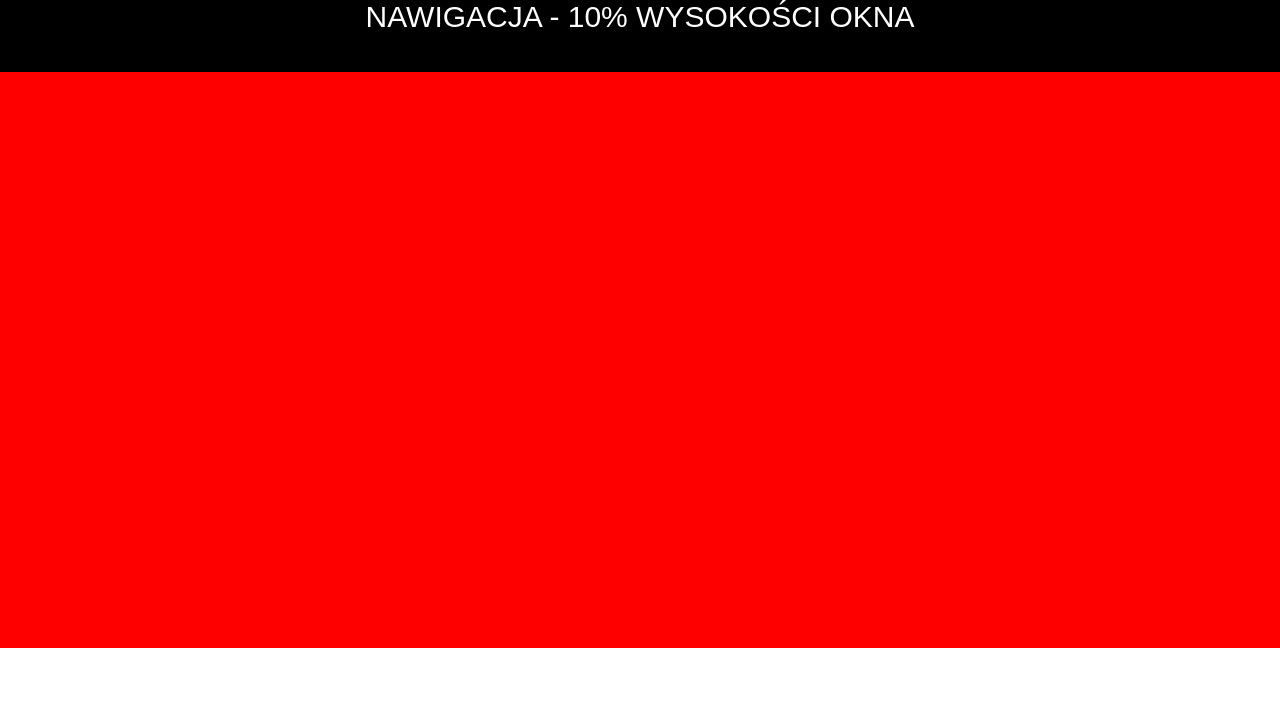
Repository: jasonj2333/advance_CSS
Page: 01-Header, Nav/start.html
These files come from the project's save history. The page is drawn as it stood at one moment and after the next save; the edit follows.
The browser window is 1280 px wide. The pictures show the whole page.

Above is the page before, as saved 2019-04-23 18:30:37.

### 01-Header, Nav/start.html
<!DOCTYPE html>
<html lang="pl">

<head>
    <meta charset="UTF-8">
    <title>Najeżdzanie na header, nav przypięty</title>
    <style>
        * {
            margin: 0;
            padding: 0;
            box-sizing: border-box;
        }

        html {
            text-align: center;
            color: white;
            font-size: 30px;
            text-transform: uppercase;
            font-family: arial;

        }

        nav {
            background-color: #000;
            height: 10vh;
            width: 100%;
            position: fixed;
        }

        header {
            background-color: rgb(255, 0, 0);
            height: 90vh;
        }
    </style>
</head>

<body>
    <nav>
        Nawigacja - 10% wysokości okna
    </nav>
    <header>
        Header - 90% wysokości okna
    </header>
    <main>
        Główna zawartość - 100% wysokości okna
    </main>
</body>

</html>

After the next save:
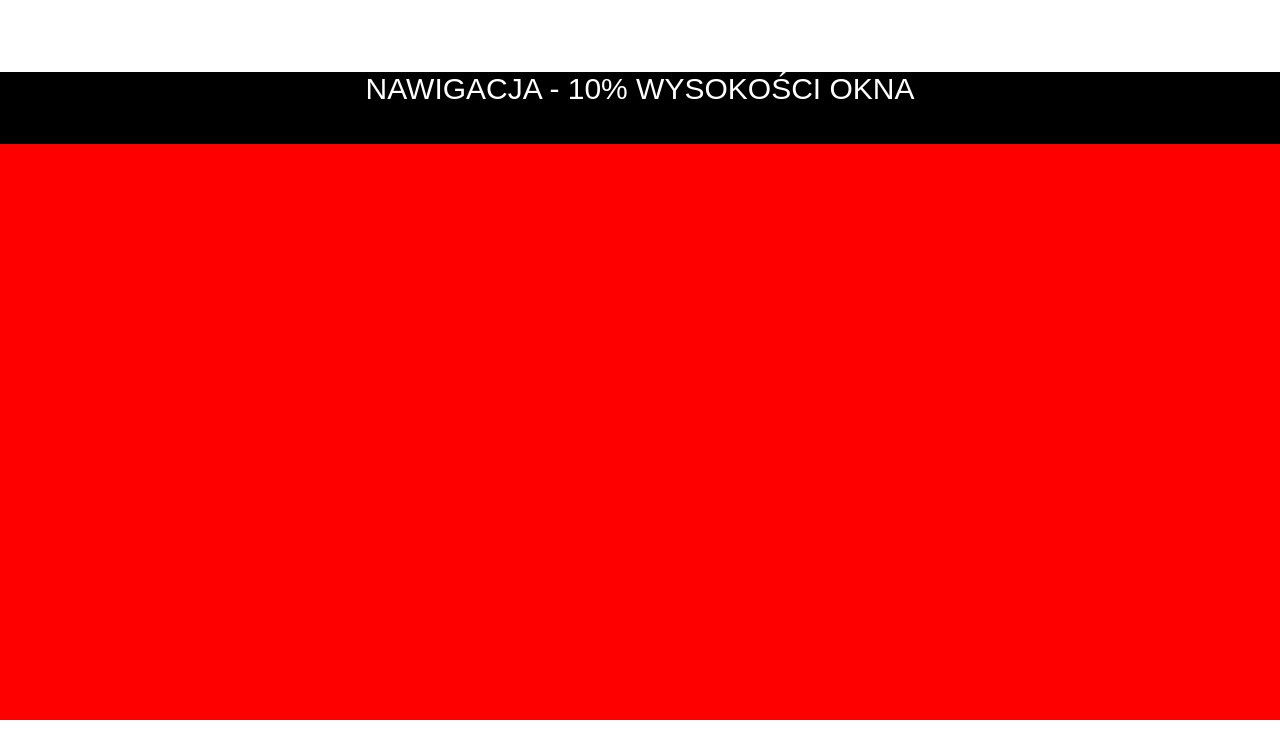
Saved 14 s later.
--- a/01-Header, Nav/start.html
+++ b/01-Header, Nav/start.html
@@ -29,6 +29,7 @@
 
         header {
             background-color: rgb(255, 0, 0);
+            margin-top: 10vh;
             height: 90vh;
         }
     </style>

After the save that followed:
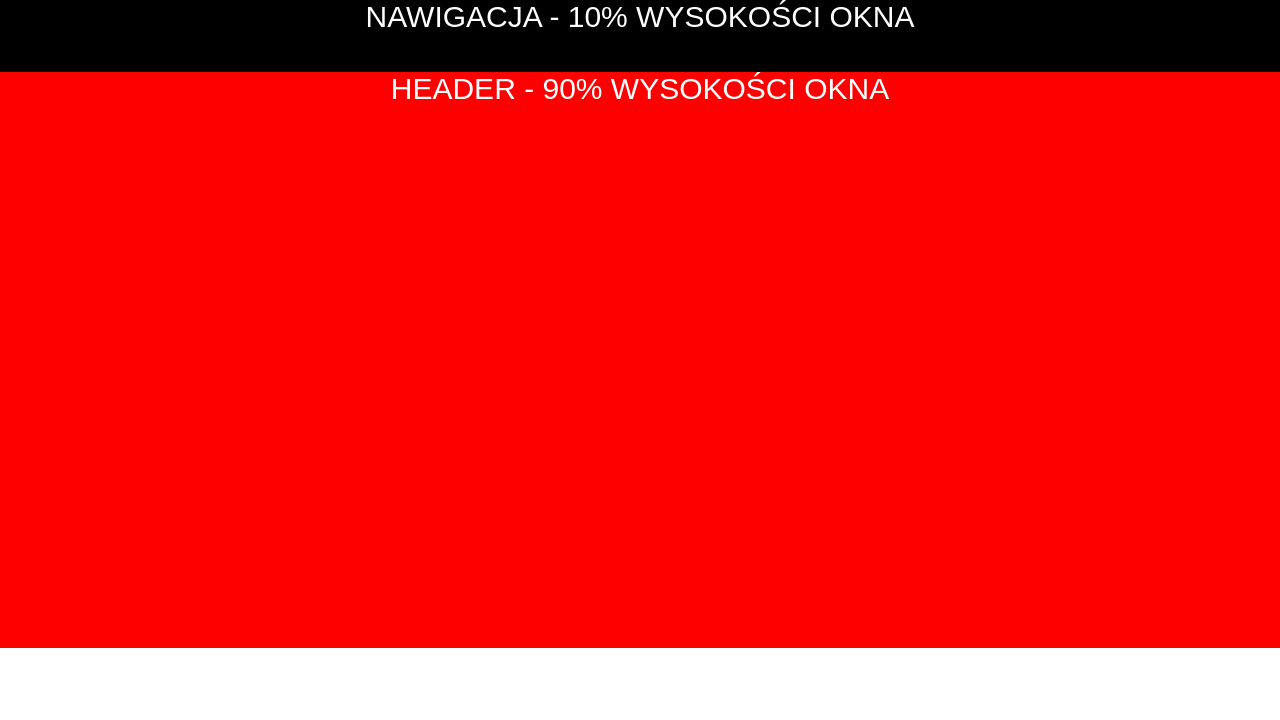
Saved 38 s later.
--- a/01-Header, Nav/start.html
+++ b/01-Header, Nav/start.html
@@ -29,7 +29,7 @@
 
         header {
             background-color: rgb(255, 0, 0);
-            margin-top: 10vh;
+            padding-top: 10vh;
             height: 90vh;
         }
     </style>
